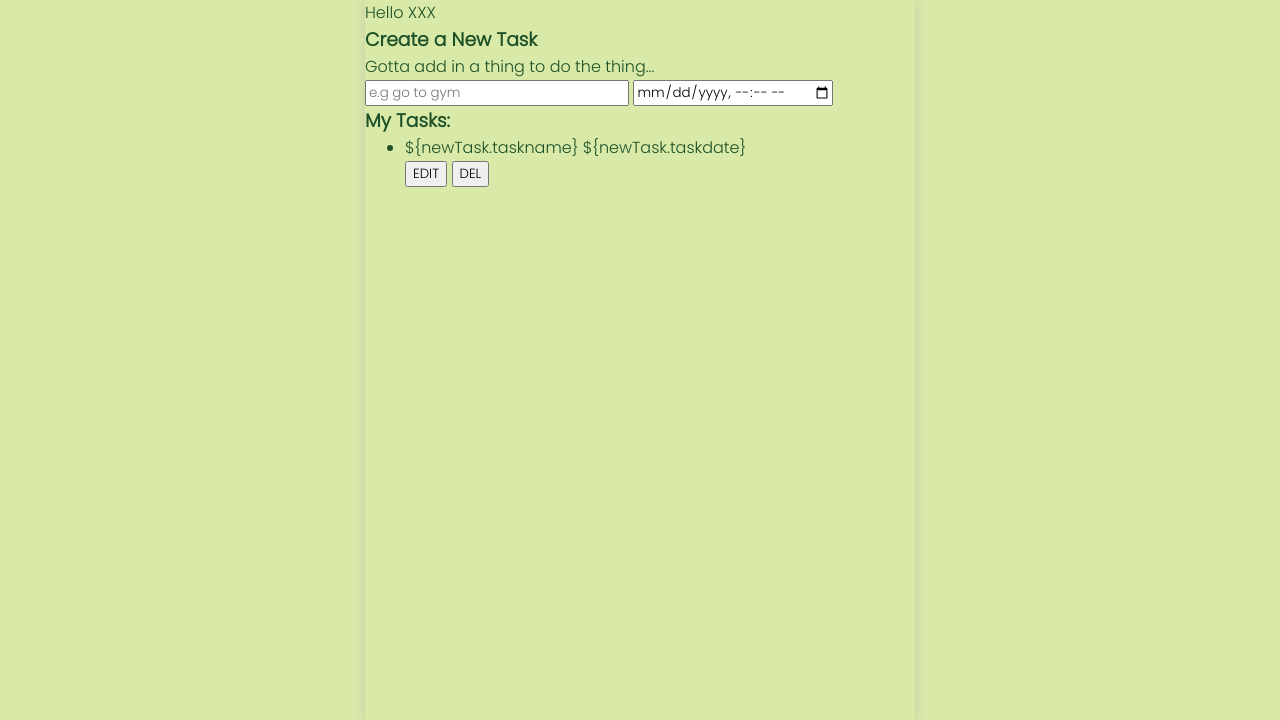
Repository: acidpixie/todo-app-version3
Page: index.html
These files come from the project's save history. The page is drawn as it stood at one moment and after the next save; the edit follows.
The browser window is 1280 px wide. The pictures show the whole page.

Above is the page before, as saved 2022-06-11 15:28:06.

After the next save:
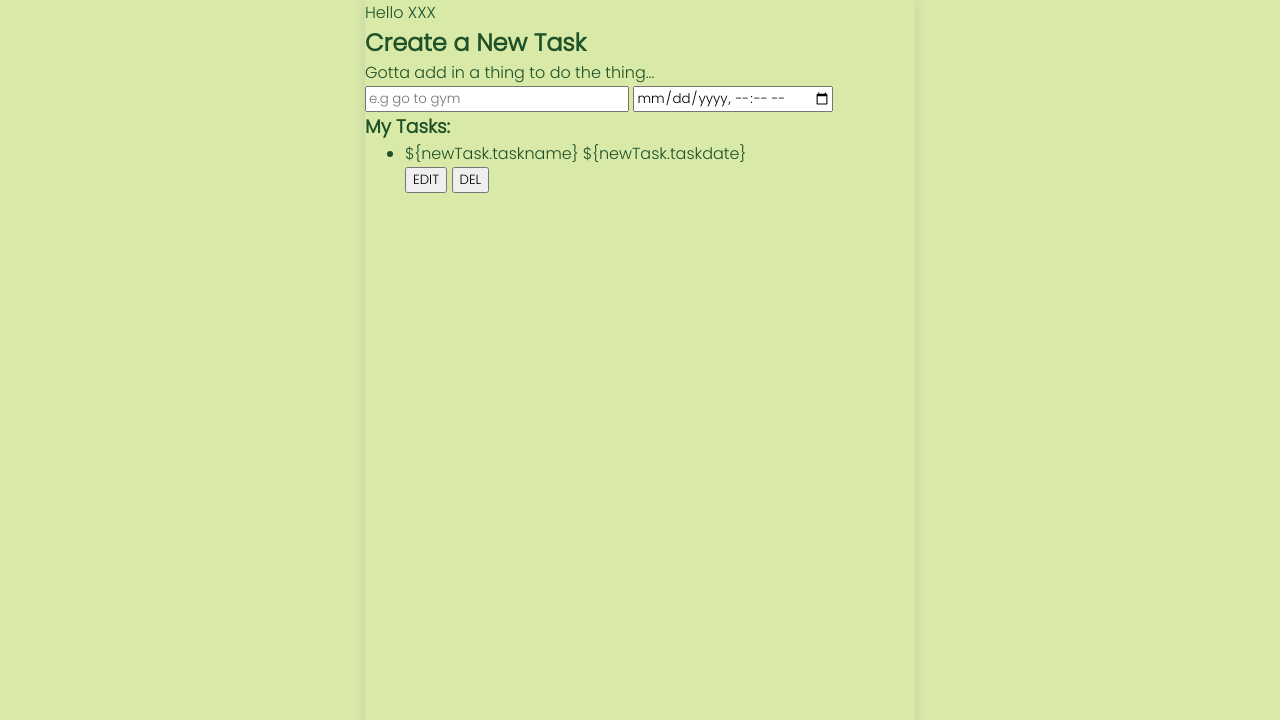
Saved 11 s later.
--- a/index.html
+++ b/index.html
@@ -22,7 +22,7 @@
         <header>Hello XXX</header>
 
         <div>
-            <h3>Create a New Task</h3>
+            <h2>Create a New Task</h2>
             <form>
                 <label>Gotta add in a thing to do the thing...</label>
                 <input type="text" id="input-task" placeholder="e.g go to gym">
